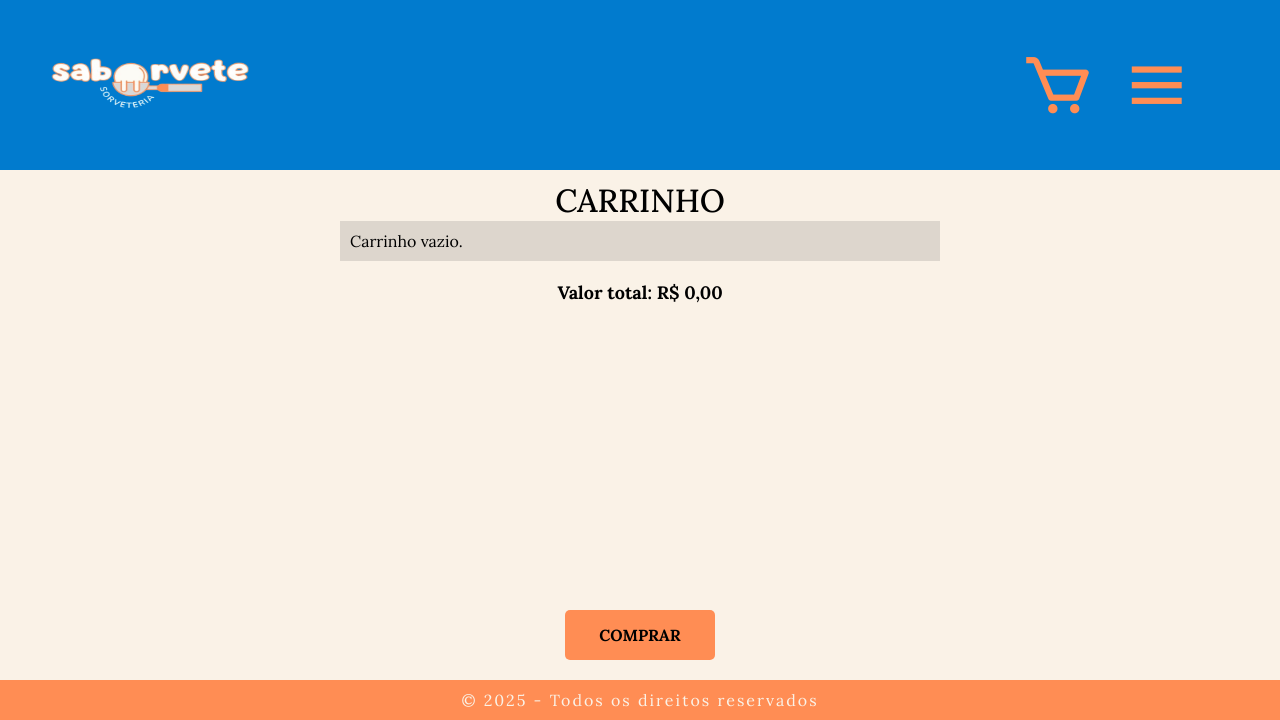
Repository: pedropastoriz/pdv-sorveteria
Page: frontend/carrinho.html
These files come from the project's save history. The page is drawn as it stood at one moment and after the next save; the edit follows.
The browser window is 1280 px wide. The pictures show the whole page.

Above is the page before, as saved 2025-04-10 07:17:59.

After the next save:
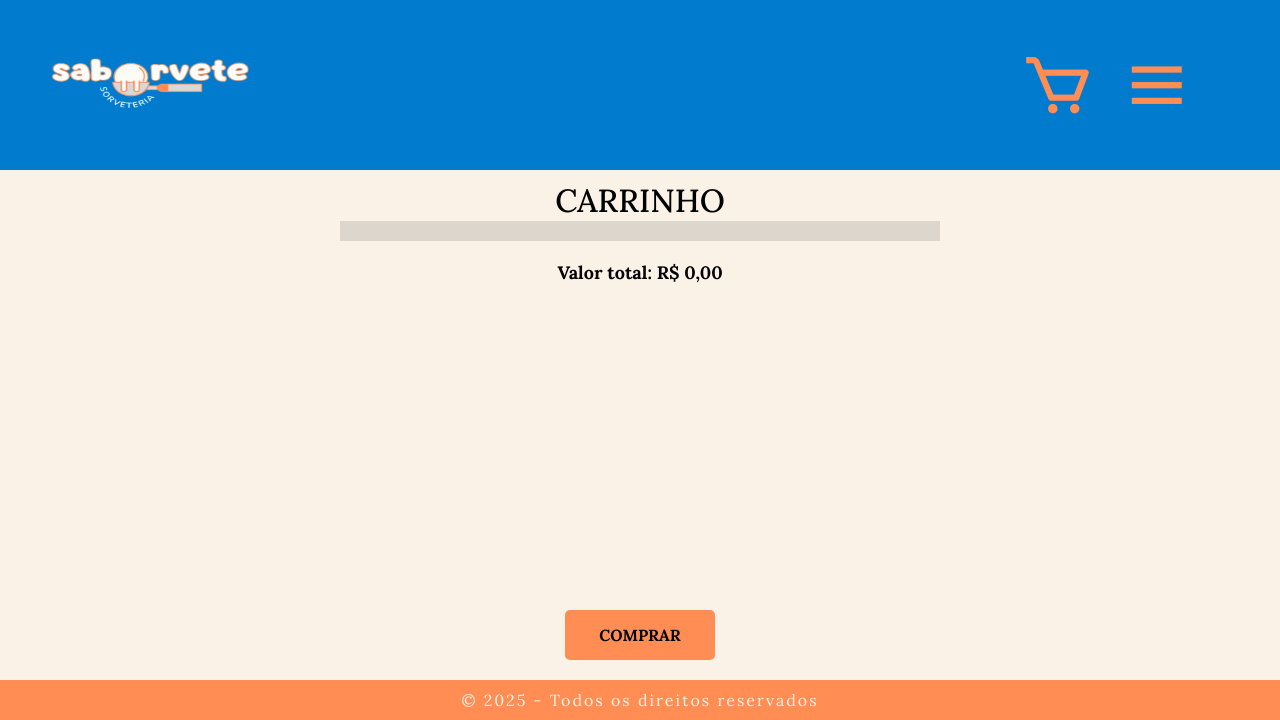
Saved 70 s later.
--- a/frontend/carrinho.js
+++ b/frontend/carrinho.js
@@ -1,26 +1,108 @@
 document.addEventListener("DOMContentLoaded", () => {
-  const carrinho = JSON.parse(localStorage.getItem("carrinho")) || [];
-  const container = document.querySelector("#carrinho-container");
+  console.log('Script carrinho.js carregado com sucesso!');
 
-  if (carrinho.length === 0) {
-    container.innerHTML = "<p>Carrinho vazio.</p>";
-    return;
+  const valorTotalDiv = document.getElementById('valor-total');
+  const overlay = document.getElementById("overlay");
+  const painelPagamento = document.getElementById("painel-pagamento");
+
+  // Função para calcular o total com base nos produtos
+  function calcularTotal() {
+    let total = 0;
+    document.querySelectorAll('.produto').forEach(produto => {
+      const preco = parseFloat(produto.querySelector('.item-preco').textContent.replace('R$', '').replace(',', '.'));
+      const quantidade = parseInt(produto.querySelector('.quantidade').textContent);
+      total += preco * quantidade;
+    });
+    valorTotalDiv.textContent = `Valor total: R$ ${total.toFixed(2).replace('.', ',')}`;
+    return total;
   }
 
-  carrinho.forEach(produto => {
-    const item = document.createElement("div");
-    item.classList.add("item-carrinho");
-    item.innerHTML = `
-      <h3>${produto.nome}</h3>
-      <p>Quantidade: ${produto.quantidade}</p>
-      <p>Preço total: R$ ${(produto.quantidade * produto.preco).toFixed(2)}</p>
-    `;
-    container.appendChild(item);
+  // Configura os botões de adicionar e remover itens
+  document.querySelectorAll('.produto').forEach(produto => {
+    const btnMais = produto.querySelector('.adicionar');
+    const btnMenos = produto.querySelector('.diminuir');
+    const quantidadeEl = produto.querySelector('.quantidade');
+    let quantidade = 0;
+
+    btnMais.addEventListener('click', () => {
+      quantidade++;
+      quantidadeEl.textContent = quantidade;
+      calcularTotal();
+    });
+
+    btnMenos.addEventListener('click', () => {
+      if (quantidade > 0) {
+        quantidade--;
+        quantidadeEl.textContent = quantidade;
+        calcularTotal();
+      }
+    });
   });
 
-  document.getElementById("btn-comprar").addEventListener("click", () => {
-    alert("Compra realizada com sucesso!\nForma de pagamento: Pix, Cartão ou Dinheiro.");
-    localStorage.removeItem("carrinho");
-    window.location.href = "home.html";
+  // Atualizar o total no carregamento inicial
+  calcularTotal();
+
+  // Exibir painel de pagamento
+  document.getElementById('comprar').addEventListener('click', () => {
+    overlay.style.display = "block";
+    painelPagamento.style.display = "block";
+  });
+
+  // Fechar painel de pagamento
+  document.getElementById("fechar-painel").addEventListener("click", () => {
+    overlay.style.display = "none";
+    painelPagamento.style.display = "none";
+  });
+
+  // Função para finalizar compra e gerar o arquivo XML
+  document.getElementById("realizar-pagamento").addEventListener("click", () => {
+    const formaPagamento = document.getElementById("forma-pagamento").value;
+    const carrinho = [];
+
+    // Construção do carrinho
+    document.querySelectorAll('.produto').forEach(produto => {
+      const nome = produto.querySelector('.item-nome').textContent;
+      const preco = produto.querySelector('.item-preco').textContent;
+      const quantidade = parseInt(produto.querySelector('.quantidade').textContent);
+
+      if (quantidade > 0) {
+        carrinho.push({ nome, preco, quantidade });
+      }
+    });
+
+    // Verificação de carrinho vazio
+    if (carrinho.length === 0) {
+      alert('Seu carrinho está vazio. Não há itens para comprar.');
+      return;
+    }
+
+    // Geração do conteúdo XML
+    let xmlContent = `<?xml version="1.0" encoding="UTF-8"?>\n<compra>\n`;
+    xmlContent += `<formaPagamento>${formaPagamento}</formaPagamento>\n`;
+    xmlContent += `<produtos>\n`;
+    carrinho.forEach(item => {
+      xmlContent += `  <produto>\n`;
+      xmlContent += `    <nome>${item.nome}</nome>\n`;
+      xmlContent += `    <preco>${item.preco}</preco>\n`;
+      xmlContent += `    <quantidade>${item.quantidade}</quantidade>\n`;
+      xmlContent += `  </produto>\n`;
+    });
+    xmlContent += `</produtos>\n`;
+    xmlContent += `<valorTotal>${valorTotalDiv.textContent.replace('Valor total: ', '')}</valorTotal>\n`;
+    xmlContent += `</compra>`;
+
+    // Download do arquivo XML
+    const blob = new Blob([xmlContent], { type: 'application/xml' });
+    const link = document.createElement('a');
+    link.href = URL.createObjectURL(blob);
+    link.download = 'comprovante_compra.xml';
+    link.click();
+
+    // Fechar painel após compra
+    overlay.style.display = "none";
+    painelPagamento.style.display = "none";
+
+    // Confirmar sucesso
+    alert('Compra finalizada! O comprovante foi baixado como arquivo XML.');
   });
 });
